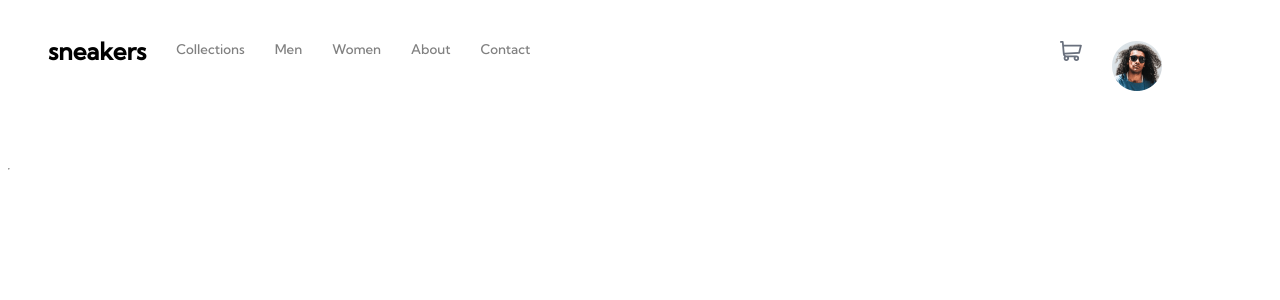
Repository: Abhi2359/frontendchallenge-2
Page: /
These files come from the project's save history. The page is drawn as it stood at one moment and after the next save; the edit follows.
The browser window is 1280 px wide. The pictures show the whole page.
The project was rebuilt for these pictures with package versions that can differ from the ones it lists, and the page was loaded fresh each time.

Above is the page before, as saved 2023-02-11 00:32:14.

### src/App.js
import Navbar from "./components/Navbar/Navbar";


function App() {
  return (
    <div className="App">
     <Navbar/>

    </div>
  );
}

export default App;

### src/components/Navbar/Navbar.js
import React from "react";
import "./Navbar.css";
import { ReactComponent as Cart } from "../assets/images/icon-cart.svg";
import avatar from "../assets/images/image-avatar.png";
const Navbar = () => {
  return (
    <header className="header">

        <nav className="navbar">
          <ul>
            <h1>sneakers</h1>
            <li>
              <a href="#">Collections</a>
            </li>
            <li>
              <a href="#">Men</a>
            </li>
            <li>
              <a href="#">Women</a>
            </li>
            <li>
              <a href="#">About</a>
            </li>
            <li>
              <a href="#">Contact</a>
            </li>
            <div class="cart">
              <li>
                <Cart />
              </li>
              <li>
                <img src={avatar} alt="avatar-logo" className="avatar" />
              </li>
            </div>
          </ul>
          <div className="hr_tag">

          <hr  className="horizontal-line"/>
          </div>



        </nav>

    </header>
  );
};

export default Navbar;

### src/components/Navbar/Navbar.css
@import url('https://fonts.googleapis.com/css2?family=Kumbh+Sans:wght@500&family=Poppins:ital,wght@0,300;0,400;0,500;1,600&display=swap');


.header{
    /* background-color: aqua; */
    height: 100px;
}

.navigation{

   background-color: black;
}
.navbar{
    height: 20px;
}
.navbar ul{
    display: flex;
    list-style-type: none;
    font-family: 'Kumbh Sans', sans-serif;



}
.navbar ul li{
    margin-top: 25px;
    margin-left: 30px;
    font-size: smaller;
}

.navbar ul li a{
 text-decoration: none;
 color: gray;
}

 h1{
    font-weight: 600;
 }

 .avatar{
    height: 50px;
    padding-bottom: 50px;
    flex-grow: 4;
 }
.cart{
    display: flex;
    margin-left: 500px;
}
 .hr_tag{
    position: relative;
 }

 .horizontal-line {
    position: absolute;

 }

Loaded but not shown: public/index.html (common file); src/index.js (common file)

After the next save:
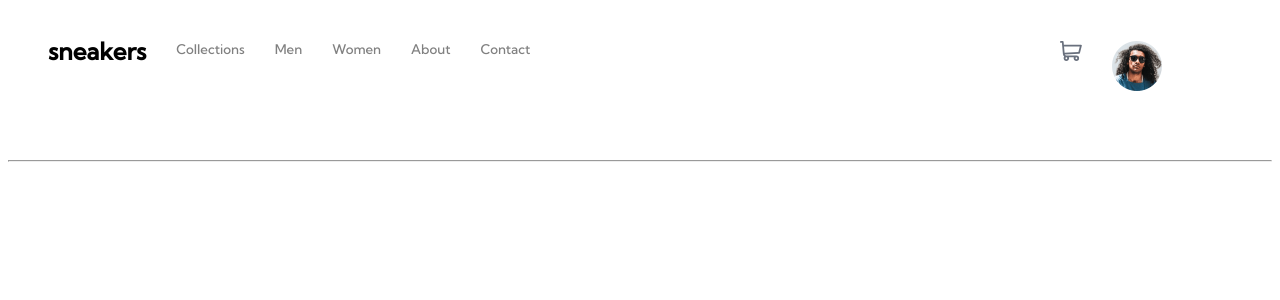
Saved 45 s later.
--- a/src/components/Navbar/Navbar.css
+++ b/src/components/Navbar/Navbar.css
@@ -45,11 +45,11 @@
     display: flex;
     margin-left: 500px;
 }
- .hr_tag{
+ /* .hr_tag{
     position: relative;
  }
 
  .horizontal-line {
     position: absolute;
 
- }
+ } */

After the save that followed:
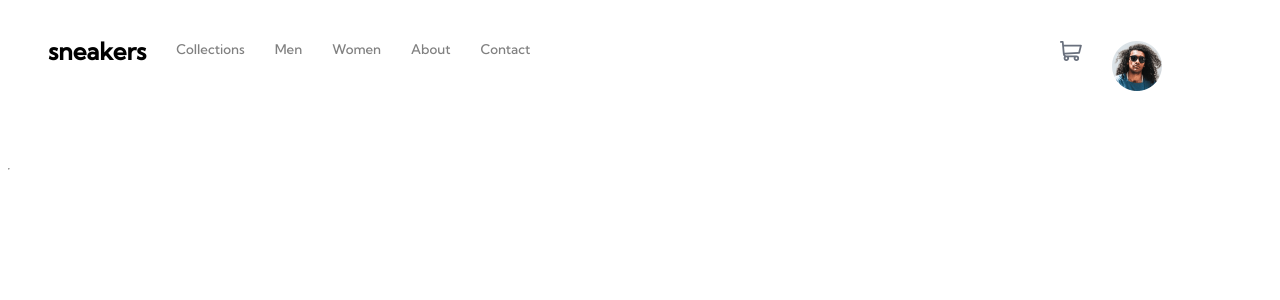
Saved 9 s later.
--- a/src/components/Navbar/Navbar.css
+++ b/src/components/Navbar/Navbar.css
@@ -45,11 +45,11 @@
     display: flex;
     margin-left: 500px;
 }
- /* .hr_tag{
+ .hr_tag{
     position: relative;
  }
 
  .horizontal-line {
     position: absolute;
 
- } */
+ }
